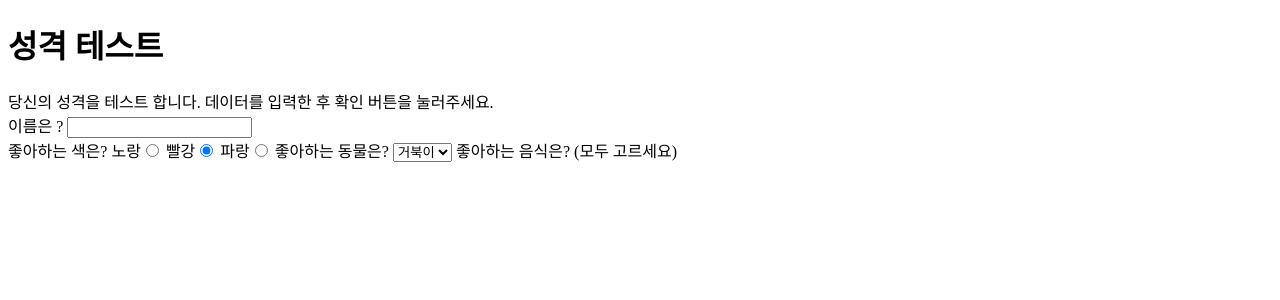
Repository: chanhooop/JSP
Page: http://localhost/Servlets/CharacterTest_01.jsp
The author's editor kept a copy of each file at every save. The page is drawn from the files as they stood at one save, then again after the next save.
The browser window is 1280 px wide. The pictures show the whole page.
The page is served by Tomcat 9. Other server files are loaded and not shown.

Above is the page before, as saved 2021-05-07 08:38:39.

### Servlets/src/main/webapp/CharacterTest_01.jsp
<%@ page language="java" contentType="text/html; charset=UTF-8"
    pageEncoding="UTF-8"%>
<!DOCTYPE html>
<html>
<head>
<meta charset="UTF-8">
<title>Insert title here</title>
</head>
<body>
	<h1> 성격 테스트</h1>
	당신의 성격을 테스트 합니다. 데이터를 입력한 후 확인 버튼을 눌러주세요.

	<form action="CharacterTest_01S">
	이름은 ? <input type="text" name="name"><br>
	좋아하는 색은? 노랑<input type="radio" name="color" value="노랑">
		빨강<input type="radio" name="color" value="빨강" checked="checked">
		파랑<input type="radio" name="color" value="파랑">
	좋아하는 동물은?
	<select name="animal">
		<option value="거북이">거북이</option>

	</select>
	좋아하는 음식은? (모두 고르세요)

	</form>
</body>
</html>

After the next save:
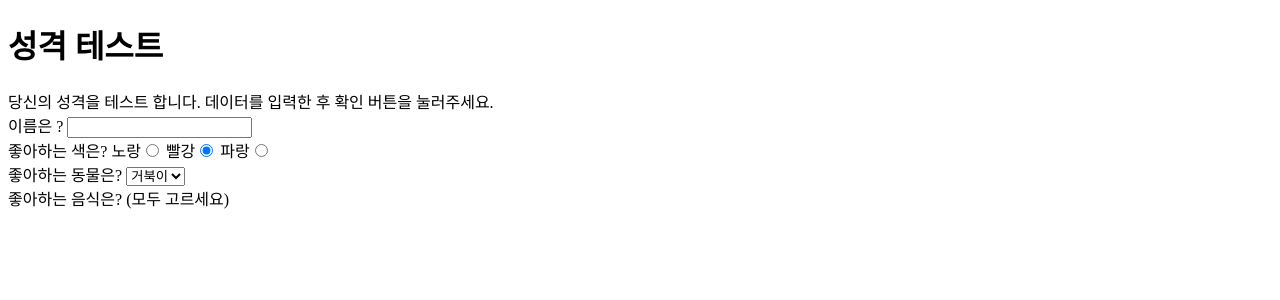
Saved 15 s later.
--- a/Servlets/src/main/webapp/CharacterTest_01.jsp
+++ b/Servlets/src/main/webapp/CharacterTest_01.jsp
@@ -14,12 +14,12 @@
 	이름은 ? <input type="text" name="name"><br>
 	좋아하는 색은? 노랑<input type="radio" name="color" value="노랑">
 		빨강<input type="radio" name="color" value="빨강" checked="checked">
-		파랑<input type="radio" name="color" value="파랑">
+		파랑<input type="radio" name="color" value="파랑"><br>
 	좋아하는 동물은?
 	<select name="animal">
 		<option value="거북이">거북이</option>
 
-	</select>
+	</select><br>
 	좋아하는 음식은? (모두 고르세요)
 
 	</form>
